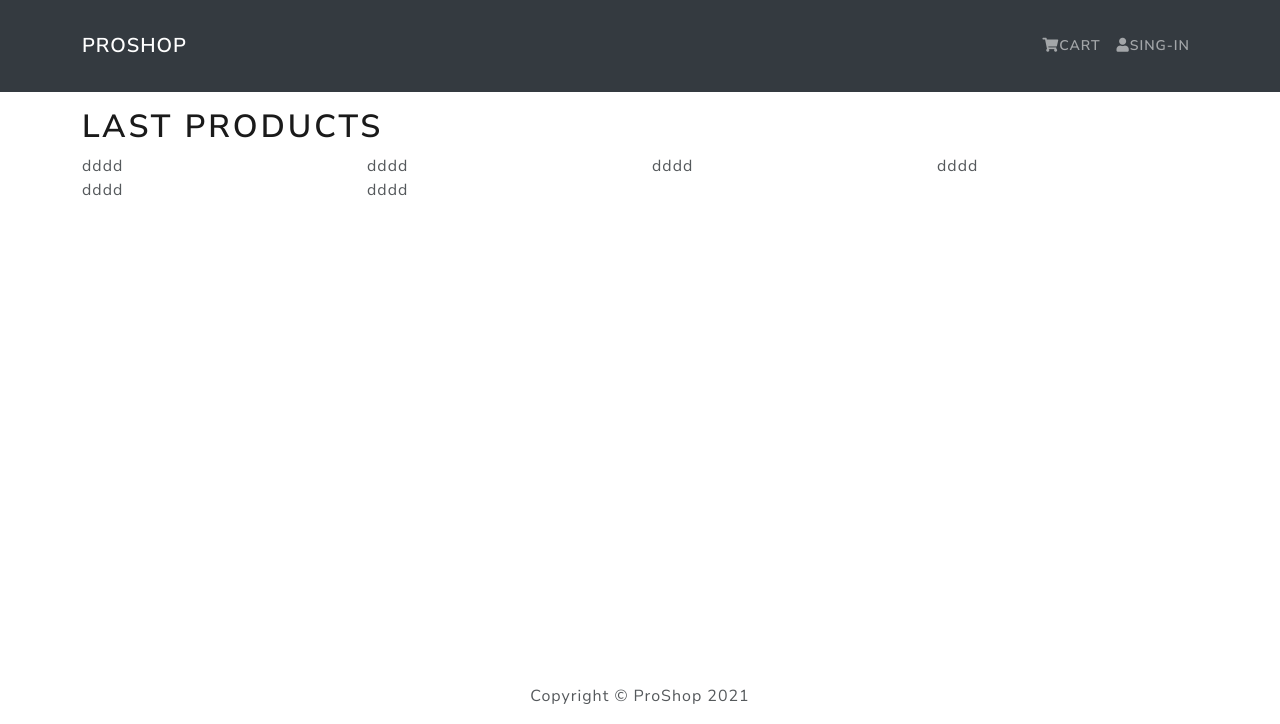
Repository: Erangr90/ProShop
Page: / (app in frontend/)
The author's editor kept a copy of each file at every save. The page is drawn from the files as they stood at one save, then again after a run of saves.
The browser window is 1280 px wide. The pictures show the whole page.
The project was rebuilt for these pictures with package versions that can differ from the ones it lists, and the page was loaded fresh each time.

Above is the page before, as saved 2021-05-30 15:09:33.

After the next 4 saves:
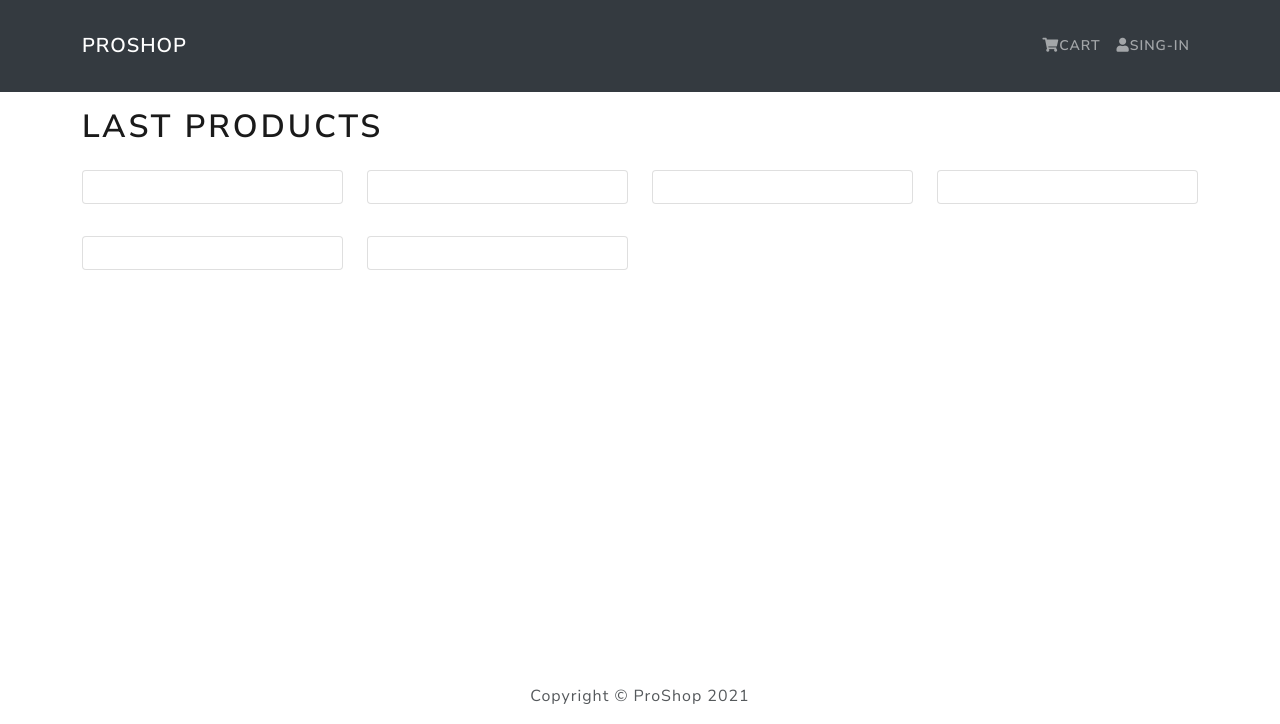
The 4 saves are shown as one change because 3 did not build or start.
The last was saved 3 min 25 s later.
--- a/frontend/src/components/Product.jsx
+++ b/frontend/src/components/Product.jsx
@@ -1,10 +1,12 @@
 import React from 'react'
+import { Card } from 'react-bootstrap'
 
-const Product = () => {
+const Product = ({ product }) => {
     return (
-        <div>
-            dddd
-        </div>
+        <Card className='my-3 p-3 rounded'>
+
+
+        </Card>
     )
 }
 
